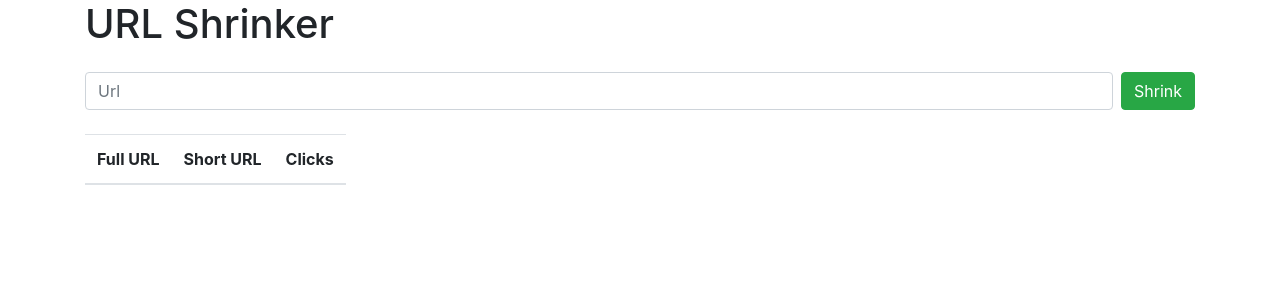
Repository: Art101-ui/Url-shorterner
Page: http://localhost/
The author's editor kept a copy of each file at every save. The page is drawn from the files as they stood at one save, then again after the next save.
The browser window is 1280 px wide. The pictures show the whole page.
The page is served by the project's Node server (server.js). Other server files are loaded and not shown. Queries for data that is not in the repository find no rows.

Above is the page before, as saved 2022-02-24 14:19:11.

### views/index.ejs
<!DOCTYPE html>
<html lang="en">
  <head>
    <meta charset="UTF-8" />
    <meta name="viewport" content="width=device-width, initial-scale=1.0" />
    <meta http-equiv="X-UA-Compatible" content="ie=edge" />
    <link
      rel="stylesheet"
      href="https://stackpath.bootstrapcdn.com/bootstrap/4.4.1/css/bootstrap.min.css"
      integrity="sha384-Vkoo8x4CGsO3+Hhxv8T/Q5PaXtkKtu6ug5TOeNV6gBiFeWPGFN9MuhOf23Q9Ifjh"
      crossorigin="anonymous"
    />
    <title>Document</title>
  </head>
  <body>
    <div class="container">
      <h1>URL Shrinker</h1>
      <form action="/shortUrls" method="POST" class="my-4 form-inline">
        <label for="fullUrl" class="sr-only">Url</label>
        <input
          required
          placeholder="Url"
          type="url"
          name="fullUrl"
          id="fullUrl"
          class="form-control col mr-2"
        />
        <button class="btn btn-success" type="submit">Shrink</button>
      </form>

      <table class="table table-striped table-responsive">
        <thead>
          <tr>
            <th>Full URL</th>
            <th>Short URL</th>
            <th>Clicks</th>
          </tr>
        </thead>
        <tbody>
          <% shortUrls.forEach(shortUrl => { %>
          <tr>
            <td><a href="<%= shortUrl.full %>"><%= shortUrl.full %></a></td>
            <td><a href="<%= shortUrl.short %>"><%= shortUrl.short %></a></td>
            <td><%= shortUrl.clicks %></td>
          </tr>
          <% }) %>
        </tbody>
      </table>
    </div>
  </body>
</html>

### server.js
const express = require('express');
const mongoose = require('mongoose');
const connectDB = require('./config/db');
const ShortUrl = require('./models/shortUrl');
const app = express();

// mongoose.connect('mongodb://0.0.0.0:27017/urlShortener', {
//   useNewUrlParser: true,
//   useUnifiedTopology: true,
// });

connectDB();

app.set('view engine', 'ejs');
app.use(express.urlencoded({ extended: false }));

app.get('/', async (req, res) => {
  const shortUrls = await ShortUrl.find();
  res.render('index', { shortUrls: shortUrls });
});

app.post('/shortUrls', async (req, res) => {
  await ShortUrl.create({ full: req.body.fullUrl });

  res.redirect('/');
});

app.get('/:shortUrl', async (req, res) => {
  const shortUrl = await ShortUrl.findOne({ short: req.params.shortUrl });
  if (shortUrl == null) return res.sendStatus(404);

  shortUrl.clicks++;
  shortUrl.save();

  res.redirect(shortUrl.full);
});

const PORT = process.env.PORT || 3300;

app.listen(PORT, () => console.log(`Server started on port ${PORT}`));

After the next save:
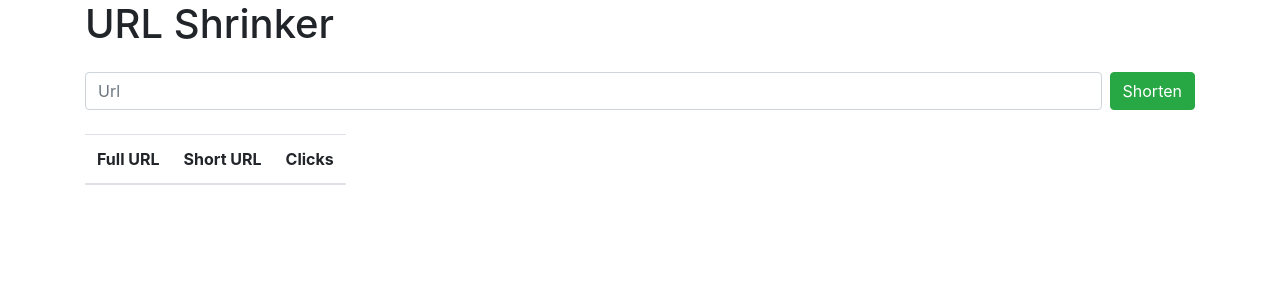
Saved 3 min 31 s later.
--- a/views/index.ejs
+++ b/views/index.ejs
@@ -14,9 +14,9 @@
   </head>
   <body>
     <div class="container">
-      <h1>URL Shrinker</h1>
+      <h1 class="center">URL Shrinker</h1>
       <form action="/shortUrls" method="POST" class="my-4 form-inline">
-        <label for="fullUrl" class="sr-only">Url</label>
+        <label for="fullUrl" class="sr-only">Input your Original Url</label>
         <input
           required
           placeholder="Url"
@@ -25,7 +25,7 @@
           id="fullUrl"
           class="form-control col mr-2"
         />
-        <button class="btn btn-success" type="submit">Shrink</button>
+        <button class="btn btn-success" type="submit">Shorten</button>
       </form>
 
       <table class="table table-striped table-responsive">
